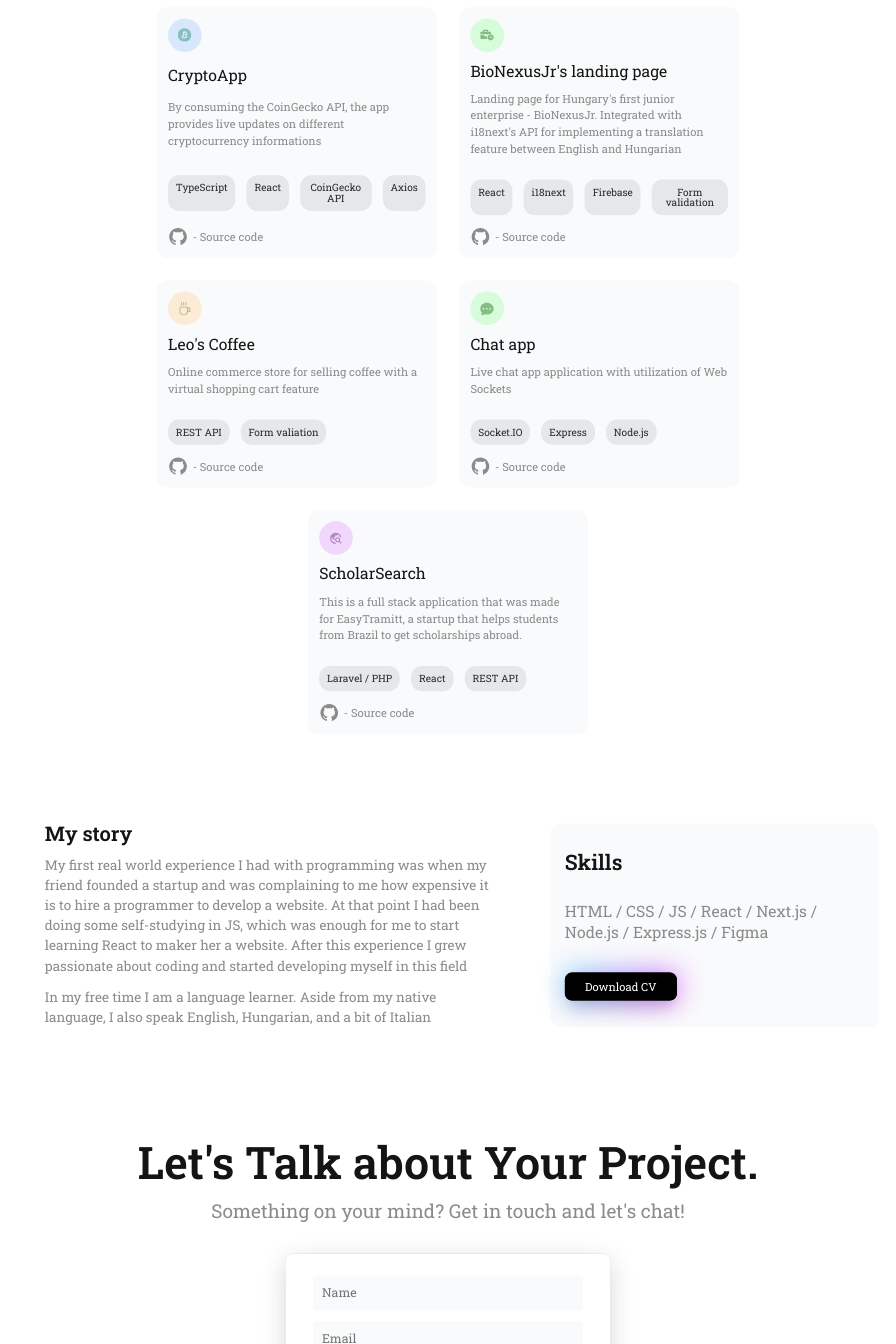
Repository: Leoka2000/portfolio-final
Page: /
These files come from the project's save history. The page is drawn as it stood at one moment and after the next save; the edit follows.
The browser window is 1280 px wide. The pictures show the part of the page from y = 769 to 2689 px (the page is 3015 px tall before and 2972 px after), at 70% of full size.
The page's requests for data from a server got no answer. Some web fonts or font styles are not loaded; a fallback is used. The project was rebuilt for these pictures with package versions that can differ from the ones it lists, and the page was loaded fresh each time. No one was signed in, and anything a server would have sent is missing. Also part of the build but not shown: src/App.css. Imported but missing from the stored project, and not drawn on this page: src/assets/LeoCV.pdf, src/assets/ScholarSearch.mp4.

Above is the page before, as saved 2023-05-11 19:18:05.

After the next save:
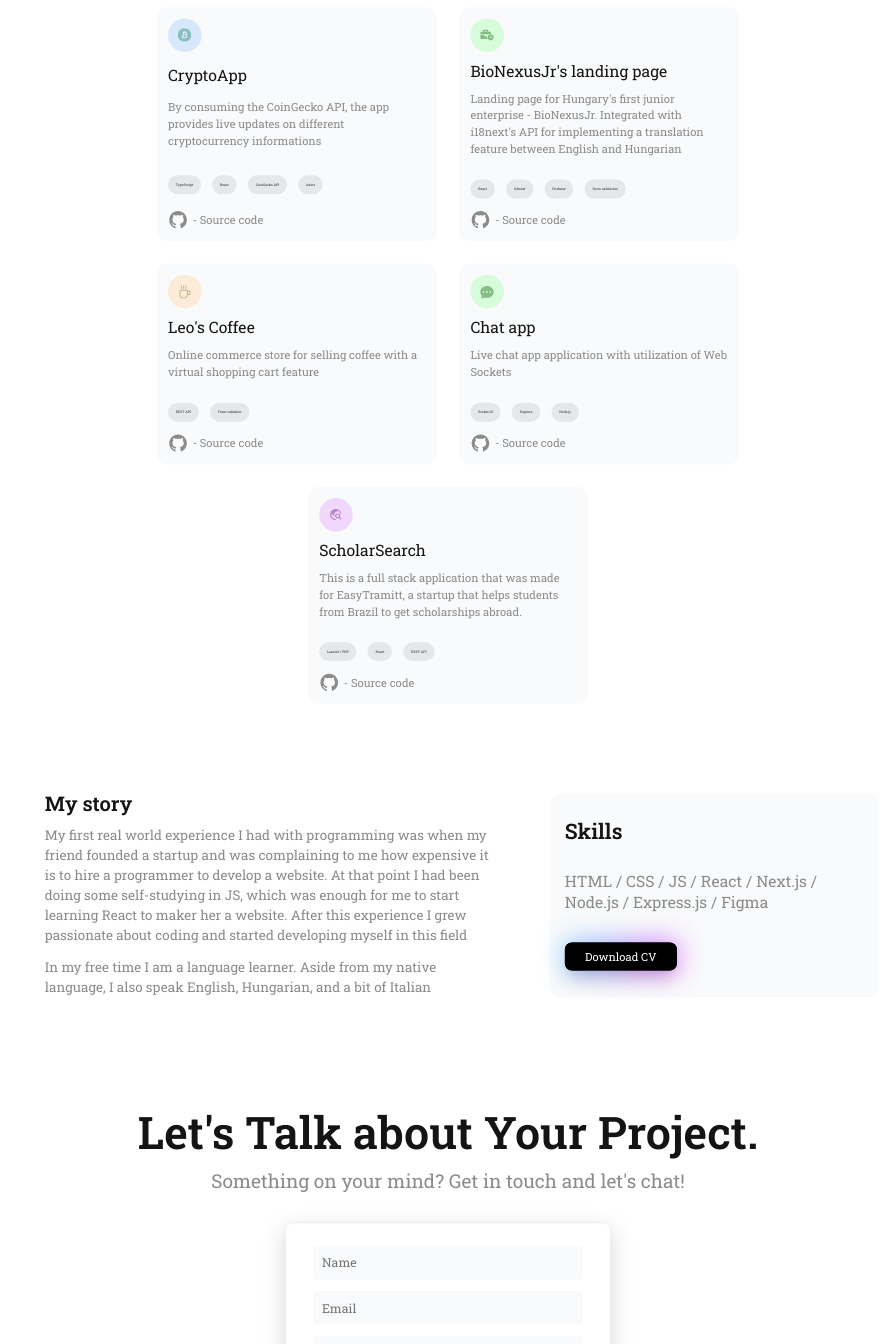
Saved 42 s later.
--- a/src/pages/main/work/work.css
+++ b/src/pages/main/work/work.css
@@ -64,7 +64,7 @@
     width: auto;
     display: block;
     font-weight: 100;
-    font-size: 0.9rem;
+    font-size: 0.3rem;
     background-color: var(--background-dark);
     color :rgb(43, 43, 43)
 }

After the save that followed:
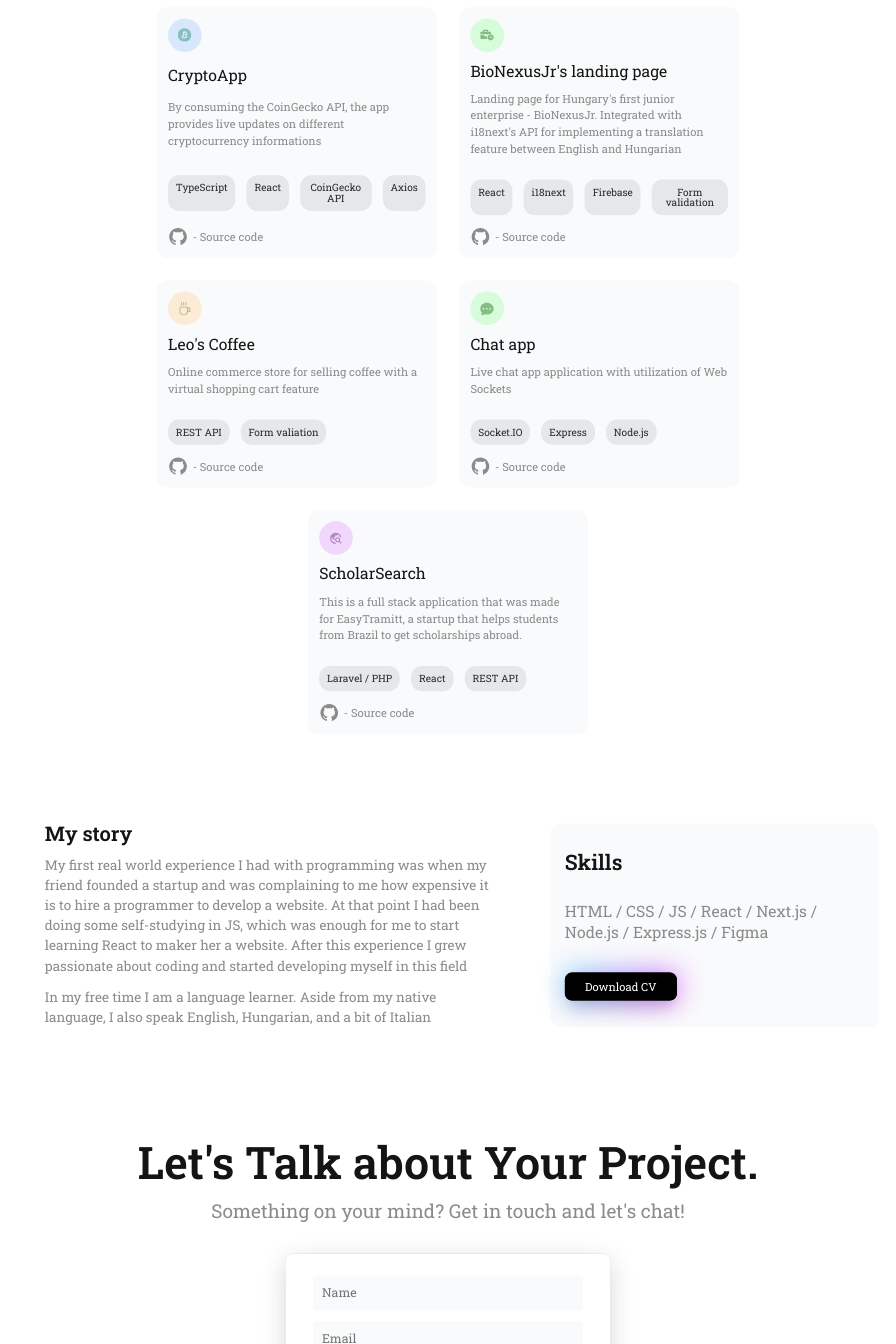
Saved 9 s later.
--- a/src/pages/main/work/work.css
+++ b/src/pages/main/work/work.css
@@ -64,7 +64,7 @@
     width: auto;
     display: block;
     font-weight: 100;
-    font-size: 0.3rem;
+    font-size: 0.9rem;
     background-color: var(--background-dark);
     color :rgb(43, 43, 43)
 }
